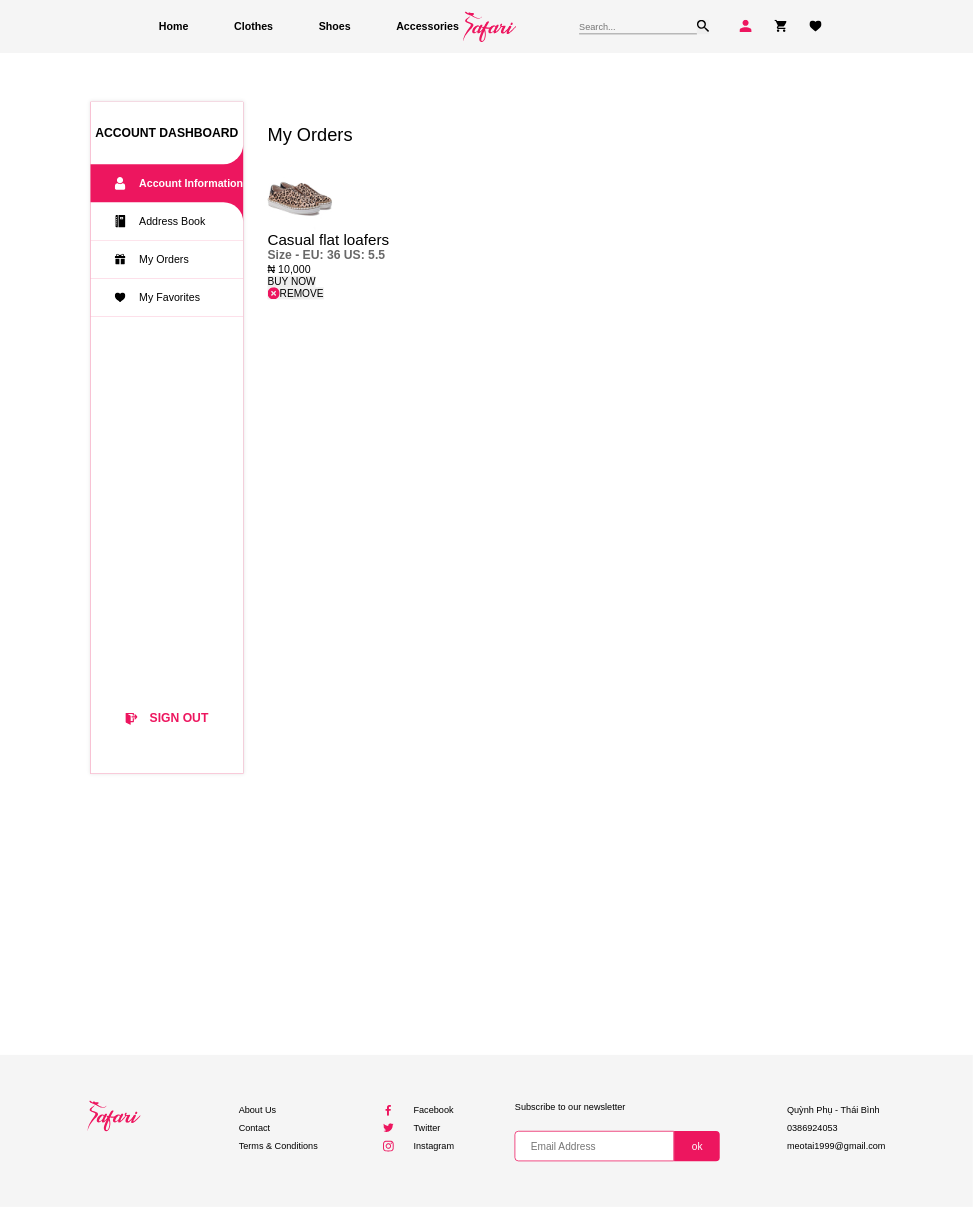
Repository: tboy1999/safari
Page: views/user.html
The author's editor kept a copy of each file at every save. The page is drawn from the files as they stood at one save, then again after the next save.
The browser window is 1280 px wide. The pictures show the whole page, at 76% of full size.
Some web libraries are served in a nearby version. The style sheet was rebuilt from its Sass, Less or Tailwind sources for each picture, by a compiler version that may differ from the author's.

Above is the page before, as saved 2022-04-28 18:00:19.

After the next save:
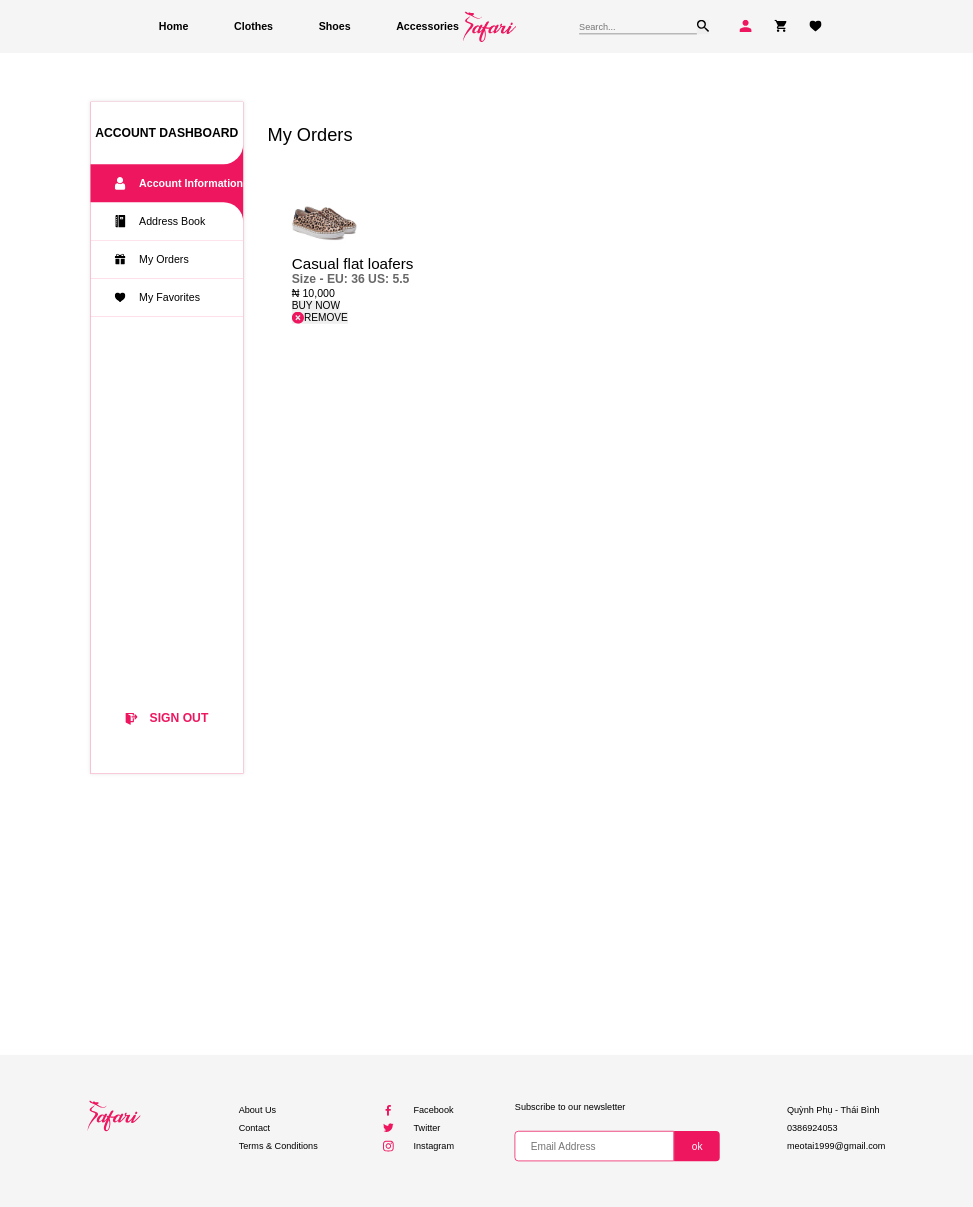
Saved 18 s later.
--- a/scss/user.scss
+++ b/scss/user.scss
@@ -179,5 +179,8 @@
     .row {
       gap: 32px 0
     }
+    &__product {
+      padding: 32px
+    }
   }
 }
